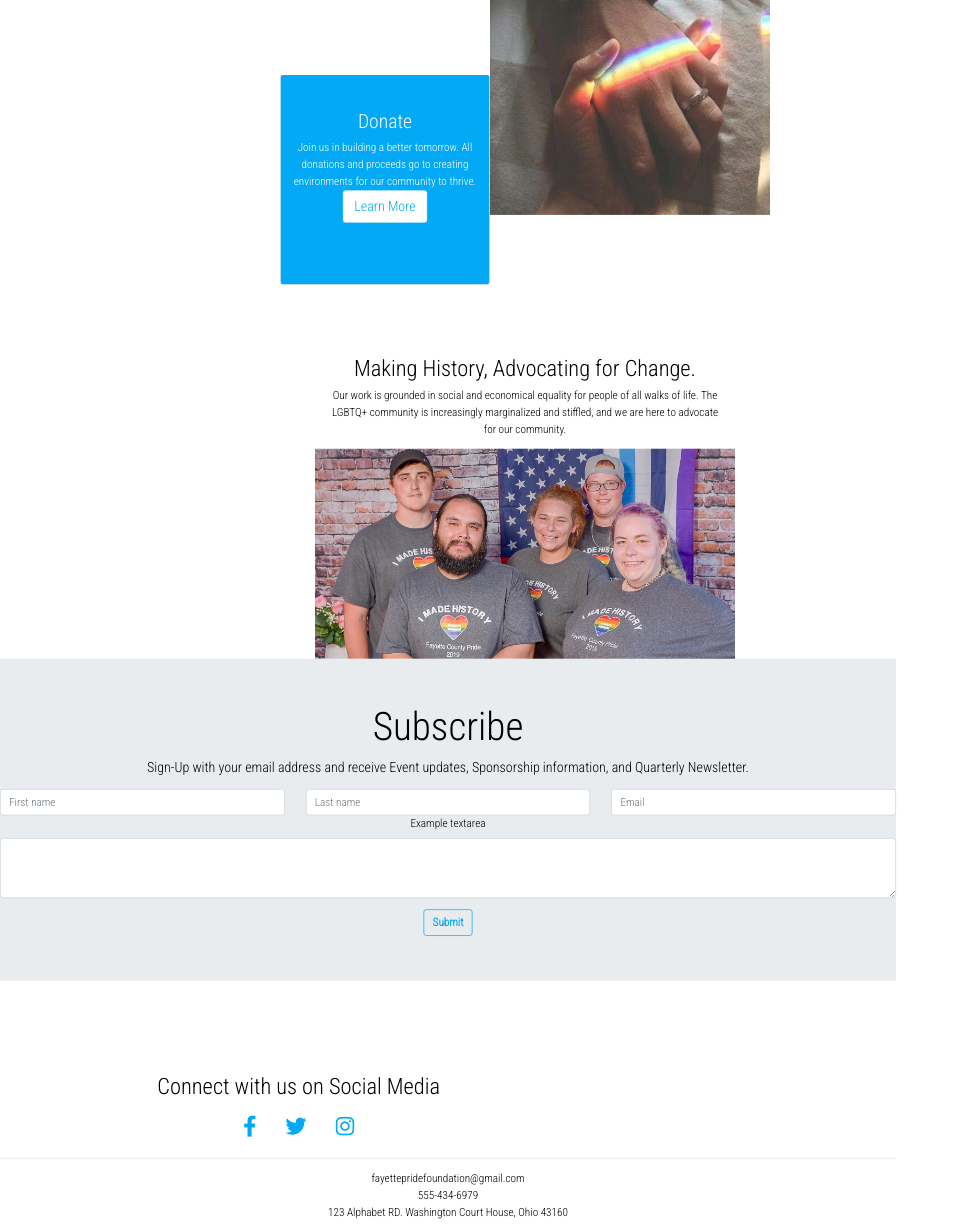
Repository: Code-Institute-Submissions/https-github.com-callendera-Milestone-Project-2
Page: index.html
The author's editor kept a record of every edit. The page is drawn from the files as they stood at one moment, then again after the next edit.
The browser window is 1280 px wide. The page is 1295 px wide, then 1390 px, so the pictures cover 1390 px, including what lies to the right of the window. The pictures show the part of the page from y = 1950 to 3710 px (the page is 3710 px tall), at 70% of full size.
Backgrounds fixed to the window are drawn as part of the page. Some web libraries are served in a nearby version.

Above is the page before.

After the next edit:
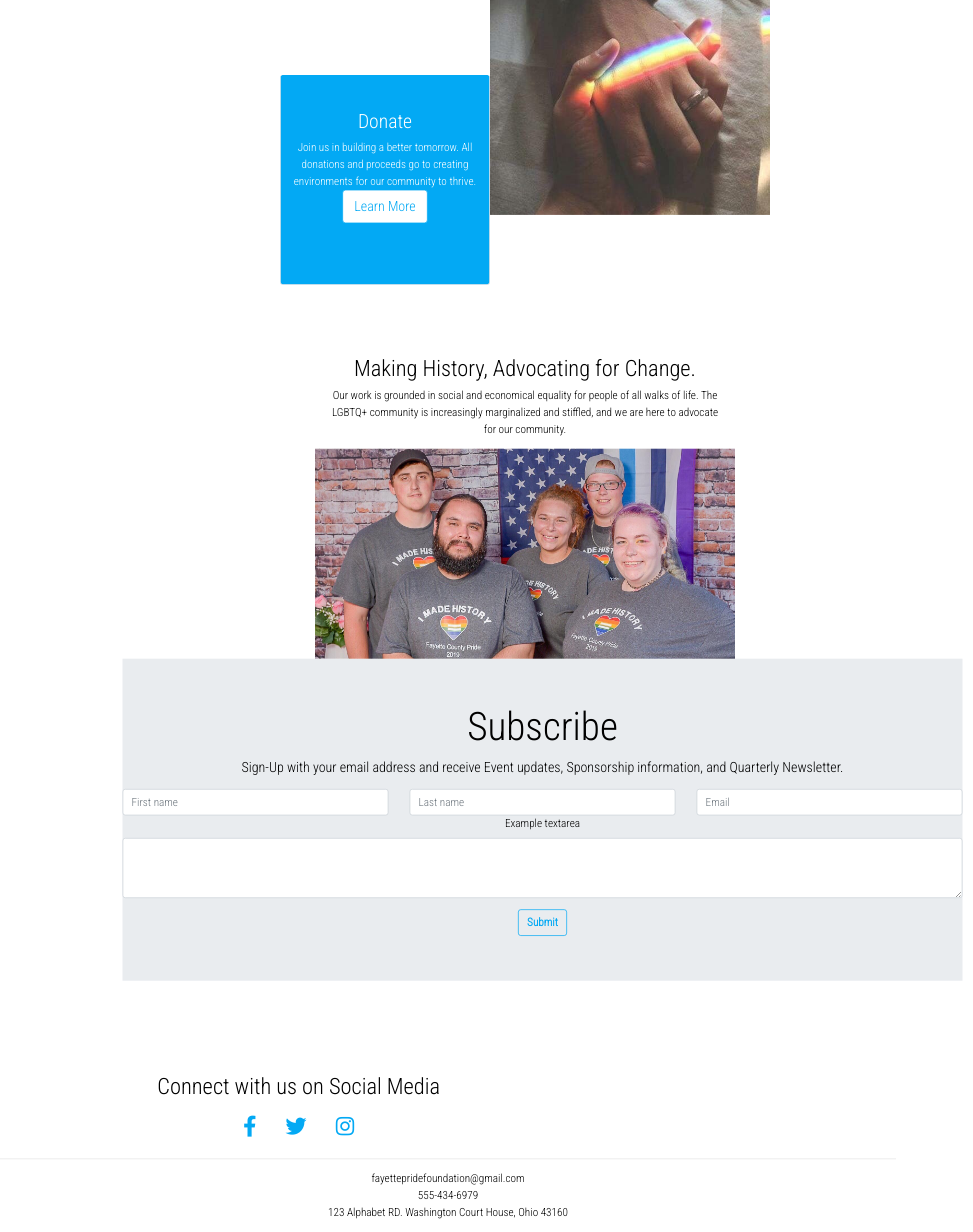
The edit:
--- a/assets/css/style.css
+++ b/assets/css/style.css
@@ -315,6 +315,11 @@
 
 /*---MISC.--*/
 
+.my-jumbotron {
+    width: 1200px;
+    margin-left: 175px;
+}
+
 .involved-container {
     padding: 0px;
 }
